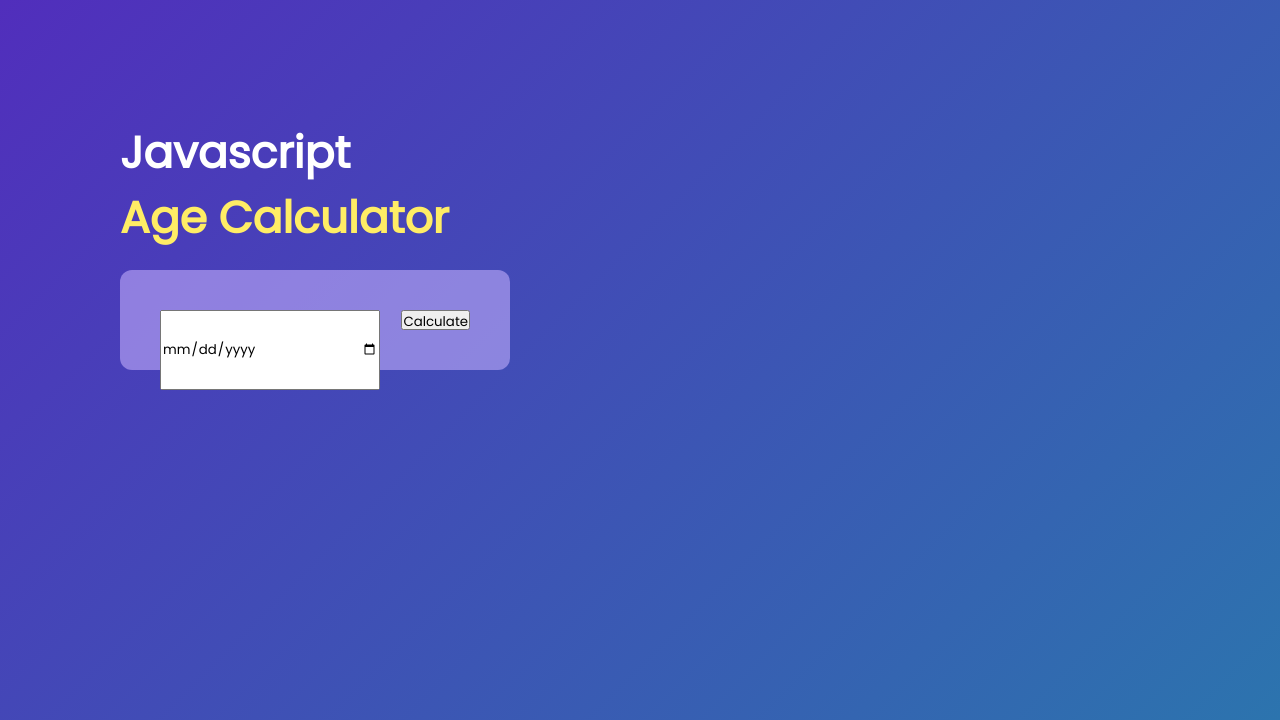
Repository: Ankitkr2021/Age-Calculator
Page: index.html
An editor plug-in stored every save of this project. The page is shown before and after the next save, followed by the edit.
The browser window is 1280 px wide. The pictures show the whole page.

Above is the page before, as saved 2025-10-05 10:28:54.

### index.html
<!DOCTYPE html>
<html lang="en">
<head>
    <meta charset="UTF-8">
    <meta name="viewport" content="width=device-width, initial-scale=1.0">
    <title>Age Calculator</title>
    <link rel="stylesheet" href="./style.css">
</head>
<body>
    <div class="main">
        <h1 class="js">Javascript</h1>
        <h1 class="age">Age Calculator</h1>
        <div class="box">
            <input type="date">
             <button>Calculate</button>
        </div>
    </div>
</body>
</html>

### style.css
@import url("https://fonts.googleapis.com/css2?family=Poppins&display=swap");

*{
    margin: 0;
    padding: 0;
    box-sizing: border-box;
    font-family: "Poppins",sans-serif;
}

body{
    height: 100vh;
    width: 100%;
    background: linear-gradient(135deg, rgb(81, 46, 188), rgb(44, 116, 174));
}

.main{
    /* background: #fff; */
    width: 550px;
    padding: 40px;
}

.js{
    padding-top: 80px;
    padding-left: 80px;
    color: #fff;
    font-size: 44px;
    font-weight: 800;
}

.age{
    /* padding-top: 80px; */
    padding-left: 80px;
    color: #ffed65;
    font-size: 44px;
    font-weight: 800;
}

.box {
    height: 100px;
    display: flex;
    justify-content: space-between;
    background: #fff;
    padding: 40px;
    margin-top: 20px;
    margin-left: 80px;
    background: #c8b2ff8f;
    border-radius: 12px;
}

input {
    width: 220px;
    height: 80px;
}

After the next save:
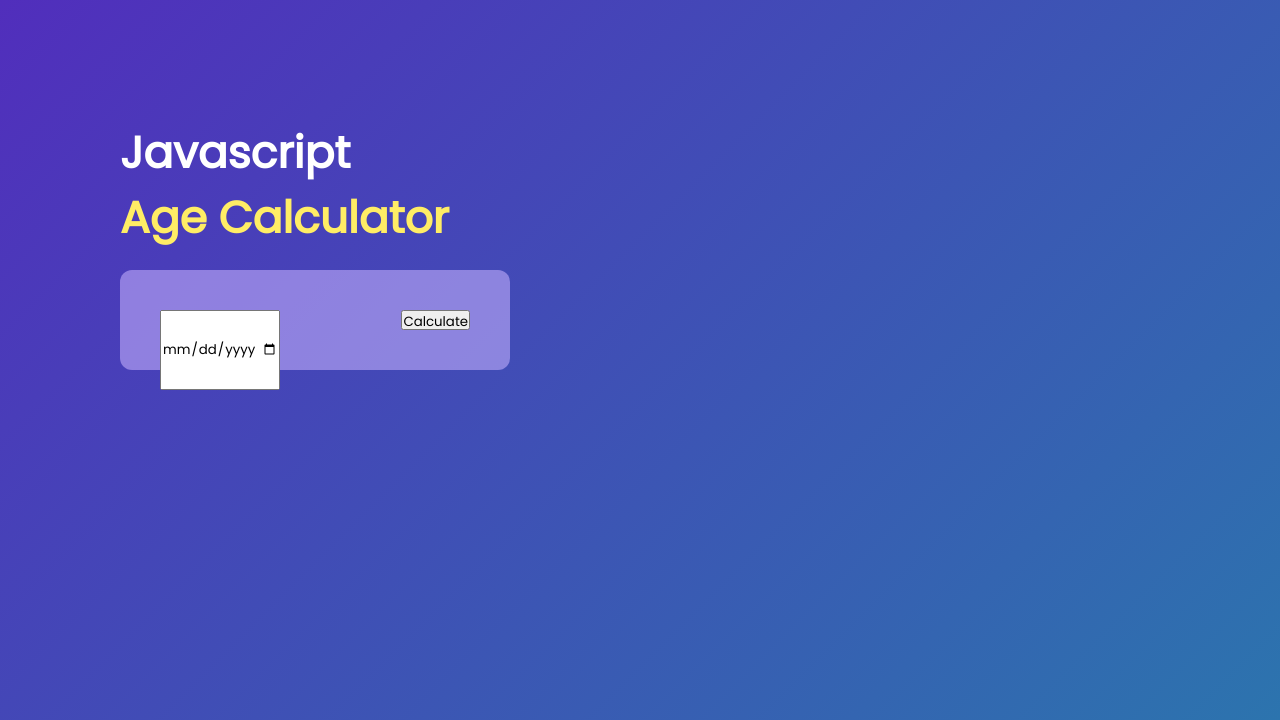
Saved 8 s later.
--- a/style.css
+++ b/style.css
@@ -48,6 +48,6 @@
 }
 
 input {
-    width: 220px;
+    width: 120px;
     height: 80px;
 }
